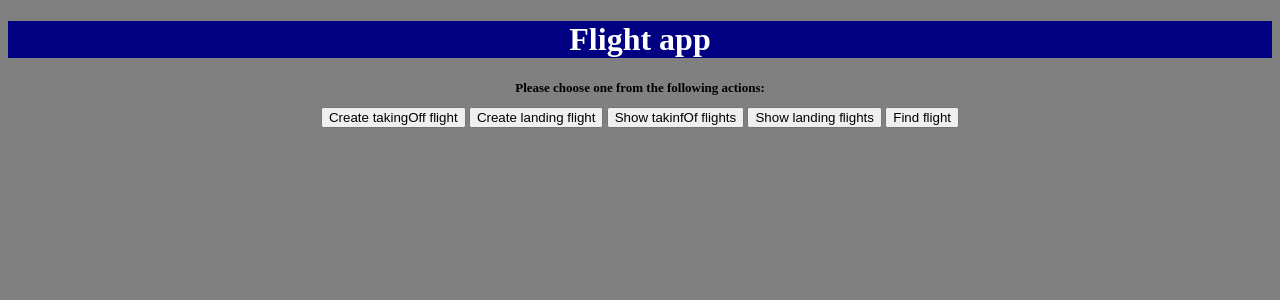
Repository: kerenrachev/Flight-App-Project
Page: FlightApp/WebContent/Web.html
An editor plug-in stored every save of this project. The page is shown before and after the next save, followed by the edit.
The browser window is 1280 px wide. The pictures show the whole page.

Above is the page before, as saved 2020-08-19 15:52:17.

### FlightApp/WebContent/Web.html
<!DOCTYPE html>
<html>
<head>
<meta charset="windows-1255">
<title>"HELLO"</title>
</head>
<style>
h1 {
  background-color: navy;
  color: white;
  text-align: center;
}
h2{
  text-align: center;
  font-size: small;
}
body{
   background-color: gray;
}

</style>
<body>

<h1> Flight app </h1>
<h2> Please choose one from the following actions: <h2>
<button type="Button">Create takingOff flight</button>
<button type="Button">Create landing flight</button>
<button type="Button">Show takinfOf flights</button>
<button type="Button">Show landing flights</button>
<button type="Button">Find flight</button>


<script> alert ('hey')</script>
</body>
</html>

After the next save:
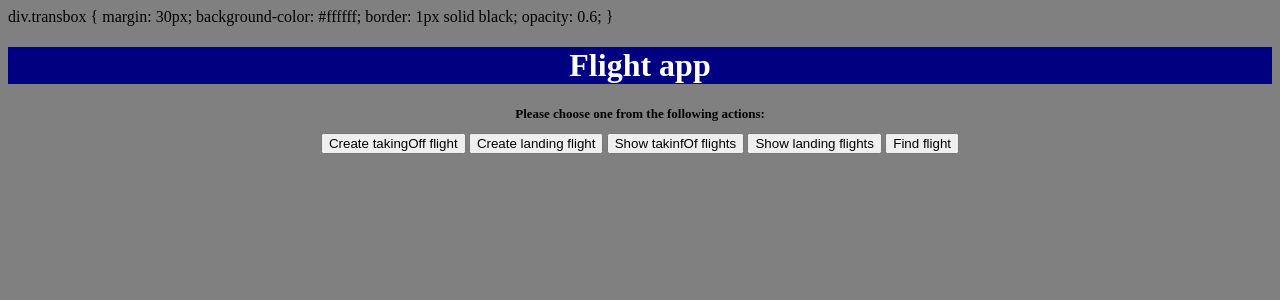
Saved 8 min 9 s later.
--- a/FlightApp/WebContent/Web.html
+++ b/FlightApp/WebContent/Web.html
@@ -17,10 +17,18 @@
 body{
    background-color: gray;
 }
+transBox{
+size: landscape;
 
+}
 </style>
 <body>
-
+div.transbox {
+  margin: 30px;
+  background-color: #ffffff;
+  border: 1px solid black;
+  opacity: 0.6;
+}
 <h1> Flight app </h1>
 <h2> Please choose one from the following actions: <h2>
 <button type="Button">Create takingOff flight</button>

After the save that followed:
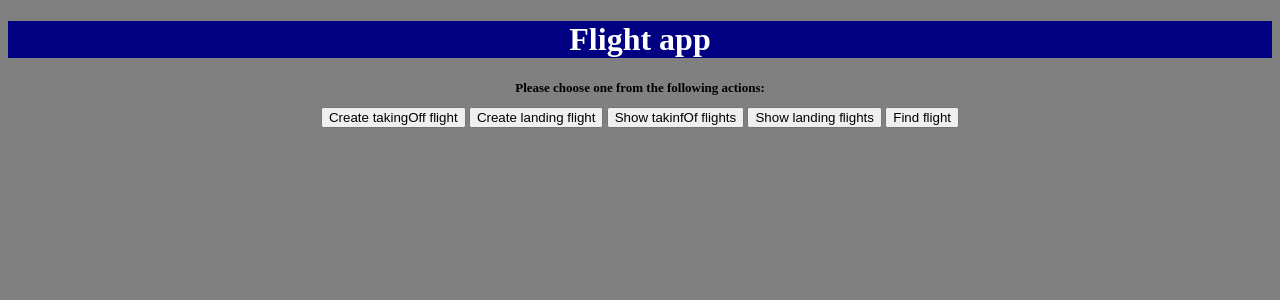
Saved 15 s later.
--- a/FlightApp/WebContent/Web.html
+++ b/FlightApp/WebContent/Web.html
@@ -17,18 +17,15 @@
 body{
    background-color: gray;
 }
-transBox{
-size: landscape;
 
-}
-</style>
-<body>
 div.transbox {
   margin: 30px;
   background-color: #ffffff;
   border: 1px solid black;
   opacity: 0.6;
 }
+</style>
+<body>
 <h1> Flight app </h1>
 <h2> Please choose one from the following actions: <h2>
 <button type="Button">Create takingOff flight</button>
